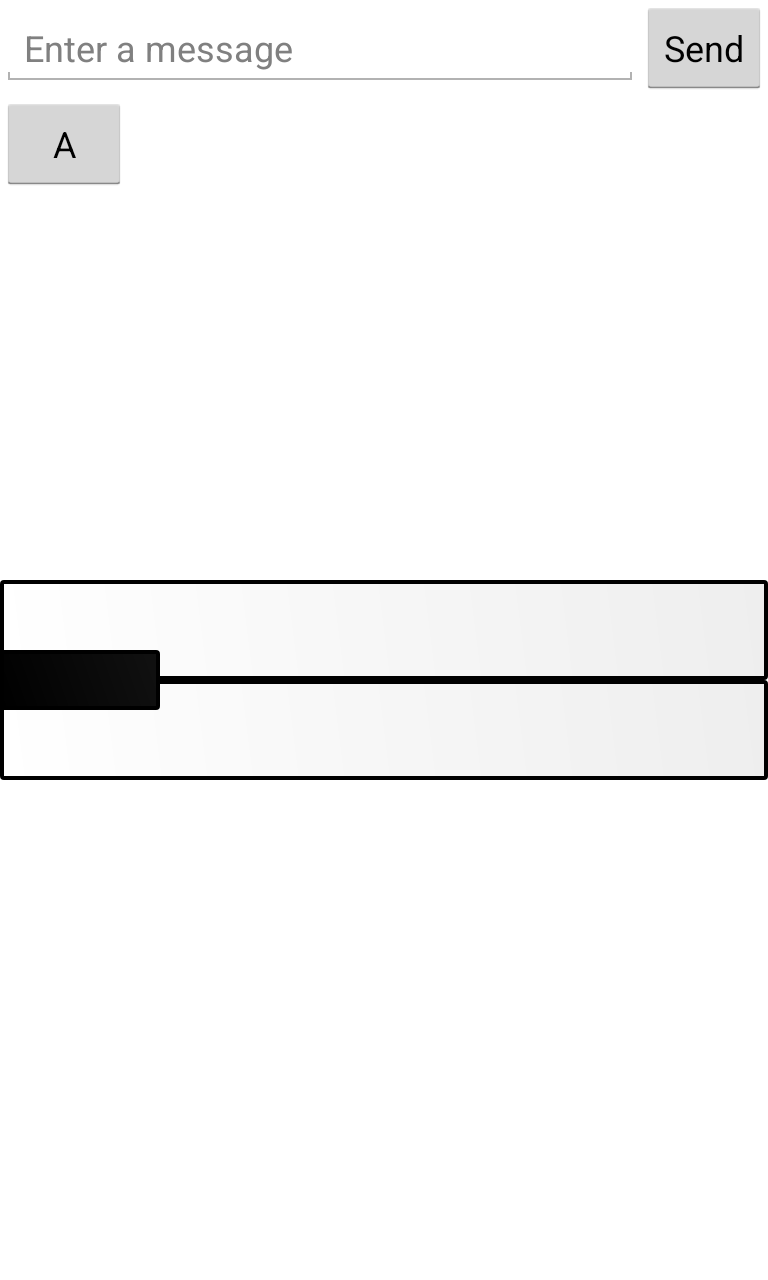
Repository: Jwonsever/AndroidPiano
Layout: HelloWorld/res/layout/activity_main.xml
These files come from the project's save history. The layout is drawn as it stood at one moment and after the next save; the edit follows.
It is drawn on a 768 x 1280 px phone screen (xhdpi) without system bars, with theme AppTheme; the app's code is not run.

Above is the layout before, as saved 2013-11-08 04:07:51.

### HelloWorld/res/layout/activity_main.xml
<?xml version="1.0" encoding="utf-8"?>
<RelativeLayout xmlns:android="http://schemas.android.com/apk/res/android"
    xmlns:tools="http://schemas.android.com/tools"
    android:layout_width="match_parent"
    android:layout_height="match_parent"
    android:orientation="horizontal" >

    <Button
        android:id="@+id/button1"
        android:layout_width="wrap_content"
        android:layout_height="wrap_content"
        android:layout_alignParentRight="true"
        android:layout_alignParentTop="true"
        android:onClick="sendMessage"
        android:text="@string/button_send" />

    <EditText
        android:id="@+id/edit_message"
        android:layout_width="wrap_content"
        android:layout_height="wrap_content"
        android:layout_alignBaseline="@+id/button1"
        android:layout_alignBottom="@+id/button1"
        android:layout_alignParentLeft="true"
        android:layout_toLeftOf="@+id/button1"
        android:ems="10"
        android:hint="@string/edit_message" />

    <Button
        android:id="@+id/a_note"
        android:onClick="playAnote"
        android:layout_width="wrap_content"
        android:layout_height="wrap_content"
        android:layout_alignParentLeft="true"
        android:layout_below="@+id/button1"
        android:text="@string/a_note" />

    <RelativeLayout
        android:id="@+id/piano_keys"
        android:layout_width="100dp"
        android:layout_height="350dp"
        android:layout_alignParentBottom="true"
        android:layout_alignParentLeft="true"
        android:layout_alignParentRight="true"
        android:orientation="horizontal" >

   		 <LinearLayout
   		     android:id="@+id/piano_key_d"
   		     android:layout_width="match_parent"
   		     android:layout_height="50dp"
   		     android:layout_alignParentLeft="true"
   		     android:layout_alignParentRight="true"
   		     android:background="@drawable/piano_key"
   		     android:orientation="horizontal" >
    	</LinearLayout>
		<LinearLayout
		    android:id="@+id/piano_key_c"
		    android:layout_width="match_parent"
		    android:layout_height="50dp"
		    android:layout_alignParentLeft="true"
		    android:layout_alignParentRight="true"
		    android:layout_marginTop="50dp"
		    android:background="@drawable/piano_key"
		    android:orientation="horizontal" >
		</LinearLayout>
		<LinearLayout
		    android:id="@+id/piano_key_cs"
		    android:layout_height="30dp"
		    android:layout_width="80dp"
		    android:layout_alignParentLeft="true"
		    android:layout_marginTop="35dp"
		    android:background="@drawable/black_key"
		    android:orientation="horizontal" >
		</LinearLayout>

    </RelativeLayout>

</RelativeLayout>

### HelloWorld/res/values/strings.xml
<?xml version="1.0" encoding="utf-8"?>
<resources>

    <string name="app_name">Hello World</string>
    <string name="action_settings">Settings</string>
    <string name="hello_world">Hello world!</string>
    <string name="edit_message">Enter a message</string>
    <string name="title_activity_main">MainActivity</string>
    <string name="button_send">Send</string>
    <string name="a_note">A</string>
    <string name="title_activity_display_message">My Message</string>

</resources>

### HelloWorld/res/drawable/piano_key.xml
<?xml version="1.0" encoding="utf-8"?>
<shape xmlns:android="http://schemas.android.com/apk/res/android" >

    <gradient
        android:angle="225"
        android:endColor="#FFFFFF"
        android:startColor="#EEEEEE" />

    <corners
        android:bottomLeftRadius="1dp"
        android:bottomRightRadius="1dp"
        android:topLeftRadius="1dp"
        android:topRightRadius="1dp" >

    </corners>
  	<stroke
        android:width="2dp"
        android:color="@android:color/black" />
</shape>

### HelloWorld/res/drawable/black_key.xml
<?xml version="1.0" encoding="utf-8"?>
<shape xmlns:android="http://schemas.android.com/apk/res/android" >

    <gradient
        android:angle="225"
        android:endColor="#000000"
        android:startColor="#111111" />

    <corners
        android:bottomLeftRadius="1dp"
        android:bottomRightRadius="1dp"
        android:topLeftRadius="1dp"
        android:topRightRadius="1dp" >

    </corners>
  	<stroke
        android:width="2dp"
        android:color="@android:color/black" />
</shape>

Loaded but not shown: HelloWorld/res/values/styles.xml (common file); HelloWorld/res/values-v11/styles.xml (common file); HelloWorld/res/values-v14/styles.xml (common file)

After the next save:
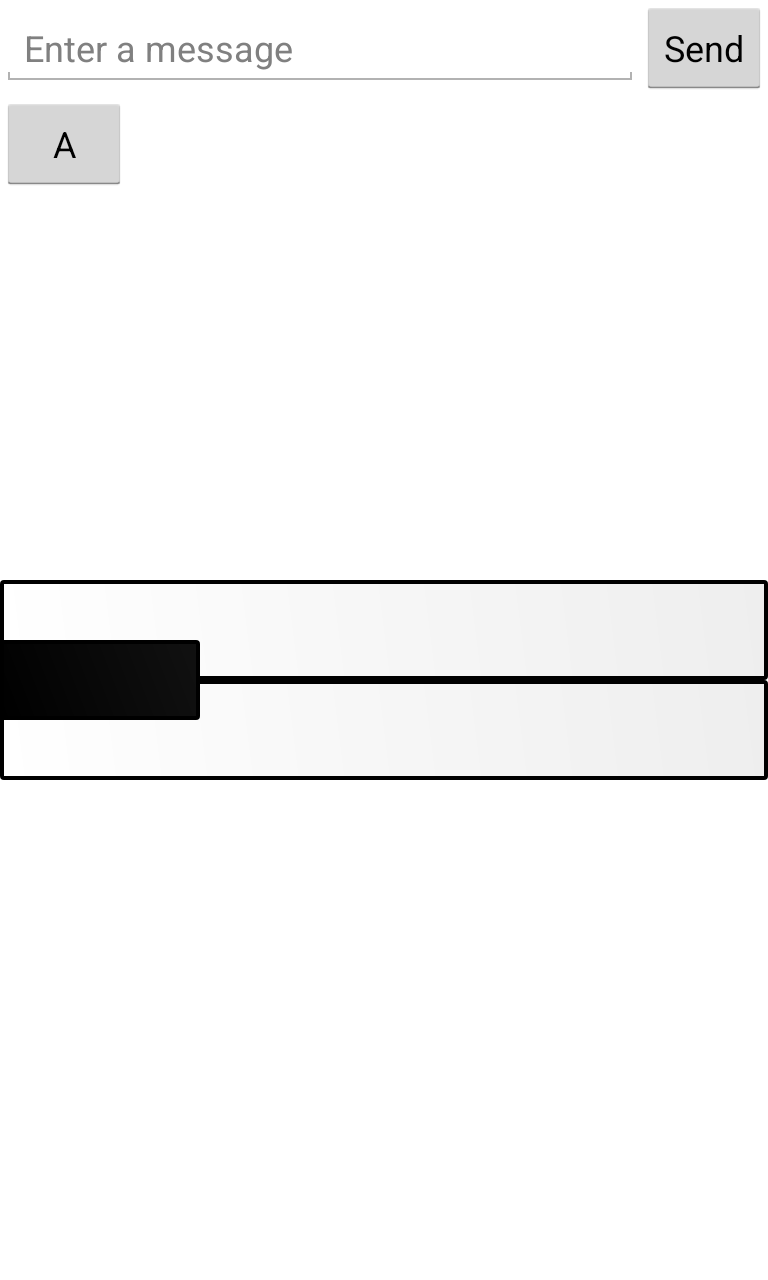
Saved 38 s later.
--- a/HelloWorld/res/layout/activity_main.xml
+++ b/HelloWorld/res/layout/activity_main.xml
@@ -64,10 +64,10 @@
 		</LinearLayout>
 		<LinearLayout
 		    android:id="@+id/piano_key_cs"
-		    android:layout_height="30dp"
-		    android:layout_width="80dp"
+		    android:layout_height="40dp"
+		    android:layout_width="100dp"
 		    android:layout_alignParentLeft="true"
-		    android:layout_marginTop="35dp"
+		    android:layout_marginTop="30dp"
 		    android:background="@drawable/black_key"
 		    android:orientation="horizontal" >
 		</LinearLayout>
